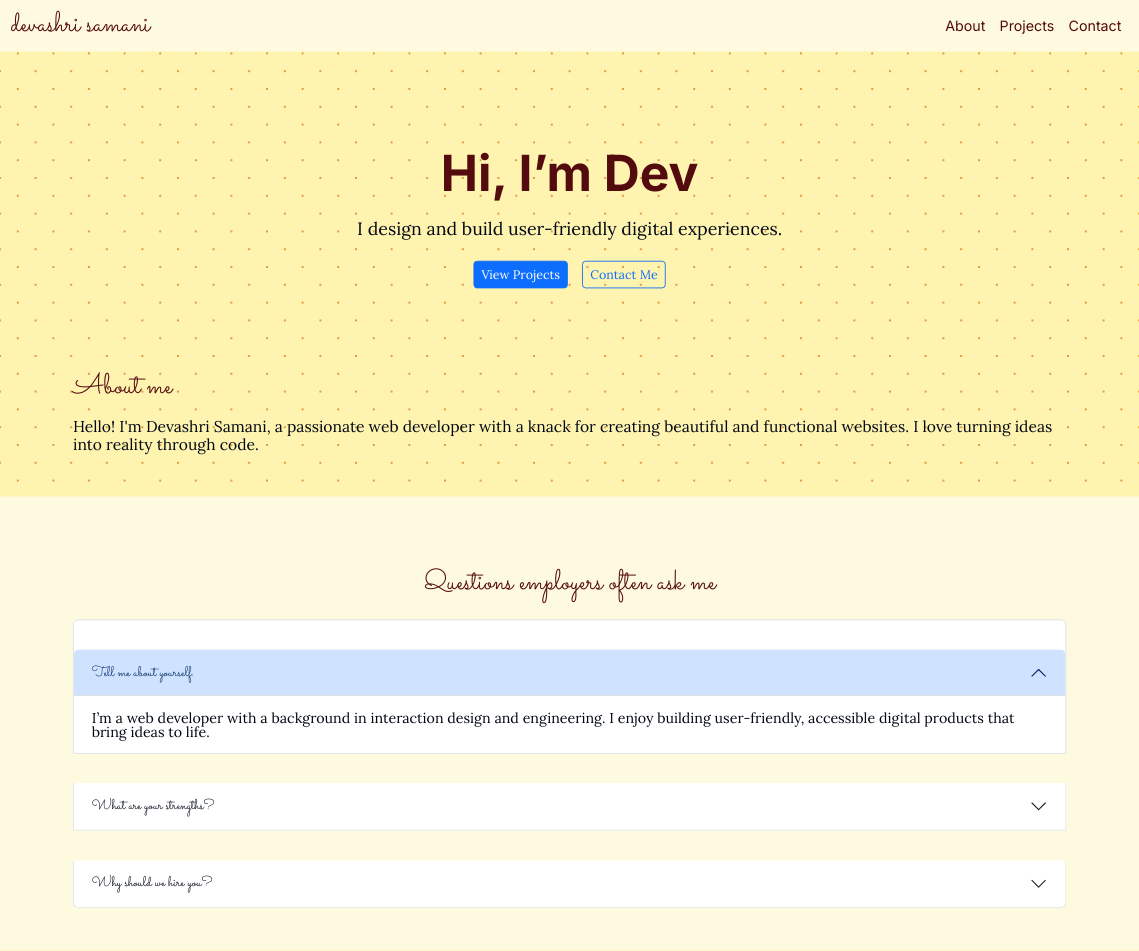
Repository: devashrisamani/devashrisamani.github.io
Page: index.html
The author's editor kept a copy of each file at every save. The page is drawn from the files as they stood at one save, then again after the next save.
The browser window is 1280 px wide. The pictures show the whole page, at 89% of full size.

Above is the page before, as saved 2025-09-23 22:02:29.

After the next save:
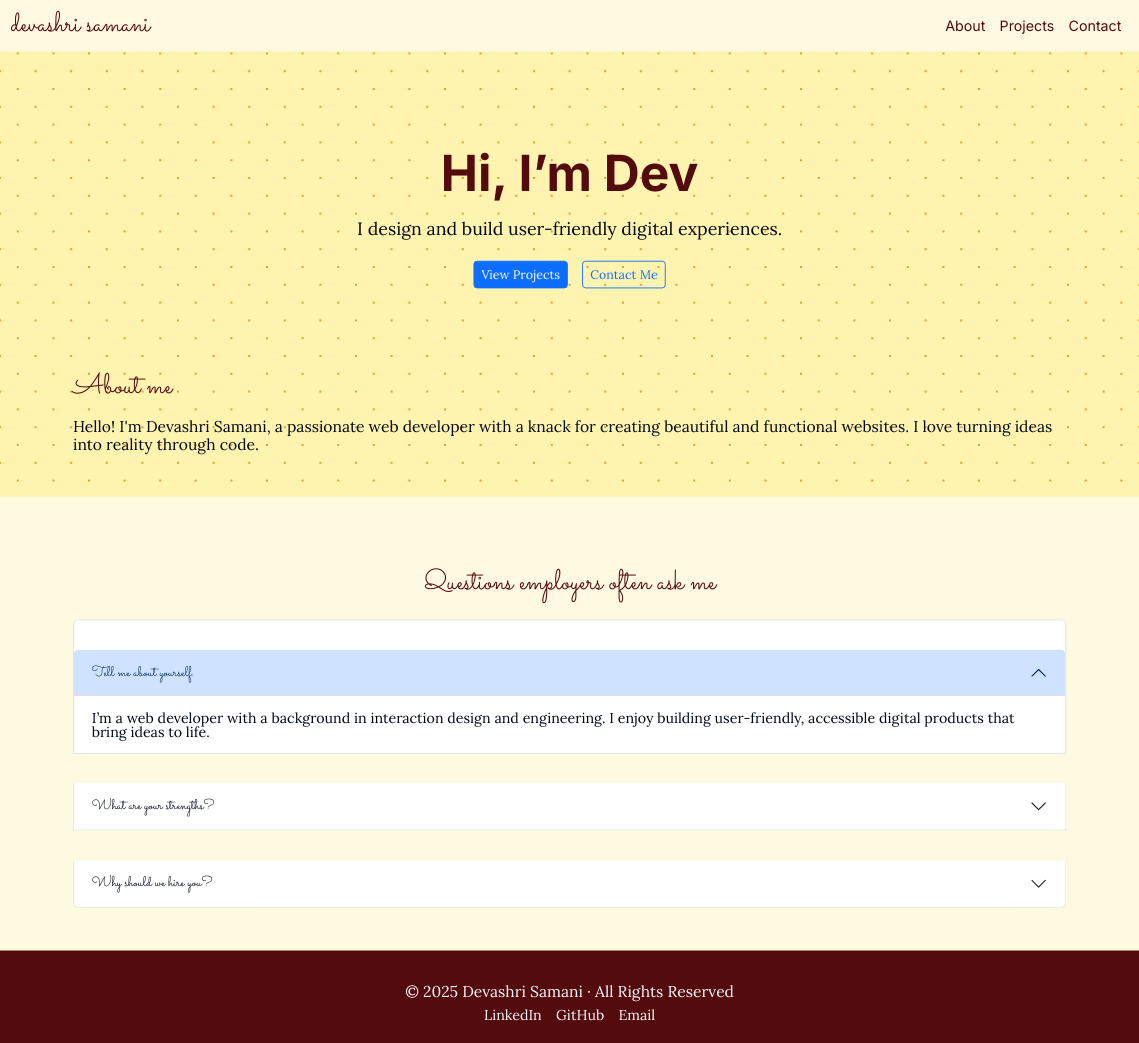
Saved 67 s later.
--- a/index.html
+++ b/index.html
@@ -191,6 +191,33 @@
           </div>
         </div>
       </section>
+      <!-- Footer -->
+      <footer class="py-4" style="background-color: var(--heading-color-dark)">
+        <div class="container text-center">
+          <p class="mb-2 text-light">
+            © 2025 Devashri Samani · All Rights Reserved
+          </p>
+          <div class="d-flex justify-content-center gap-3">
+            <a
+              href="https://www.linkedin.com/"
+              target="_blank"
+              class="text-light text-decoration-none"
+              >LinkedIn</a
+            >
+            <a
+              href="https://github.com/"
+              target="_blank"
+              class="text-light text-decoration-none"
+              >GitHub</a
+            >
+            <a
+              href="mailto:your@email.com"
+              class="text-light text-decoration-none"
+              >Email</a
+            >
+          </div>
+        </div>
+      </footer>
     </main>
   </body>
 </html>
